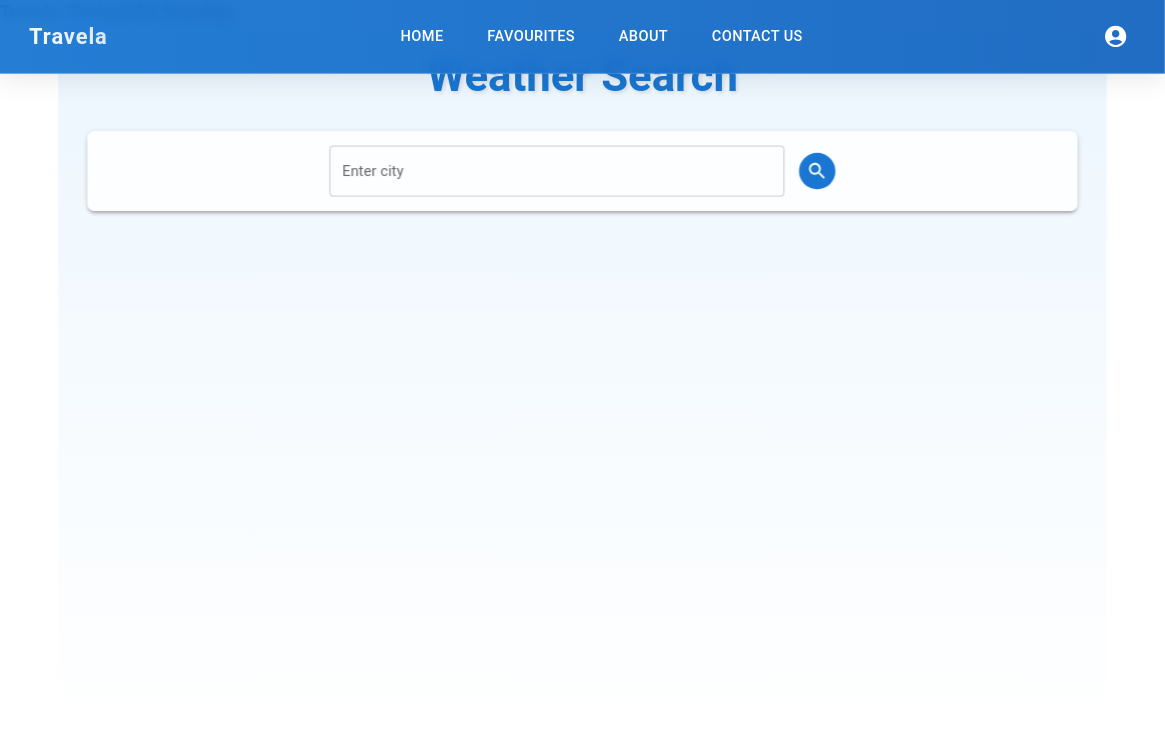
Repository: sphllzulu/TemperatureTrail
Page: / (app in frontend/)
The author's editor kept a copy of each file at every save. The page is drawn from the files as they stood at one save, then again after a run of saves.
The browser window is 1280 px wide. The pictures show the whole page, at 91% of full size.
The project was rebuilt for these pictures with package versions that can differ from the ones it lists, and the page was loaded fresh each time. Also part of the build but not shown: frontend/vite.config.js, frontend/src/components/SuggestedActivities.jsx, frontend/src/components/Map.jsx, frontend/src/pages/Profile.jsx, frontend/src/components/Login.jsx, frontend/src/components/Register.jsx.

Above is the page before, as saved 2025-01-15 16:20:01.

### frontend/src/index.css
@import url('https://fonts.googleapis.com/css2?family=Outfit:wght@100..900&display=swap');
*{
  margin: 0;
  padding: 0;
  font-family: Outfit;
}

### frontend/src/App.jsx
import { BrowserRouter as Router, Routes, Route } from 'react-router-dom';
import Navbar from './components/Navbar'
import Home from './pages/Home'
import ProfilePage from './pages/Profile';
import Login from './components/Login';
import Register from './components/Register';

const App = () => {
  return (
    <Router>
      <Navbar />
      <Routes>
        <Route path="/" element={<Home />} />
        <Route path="/profile" element={<ProfilePage />} />
        <Route path="/login" element={<Login />} />
        <Route path="/register" element={<Register />} />
      </Routes>
    </Router>
  );
};

export default App;

### frontend/src/components/Navbar.jsx
import React, { useState } from 'react';
import { Link as RouterLink } from 'react-router-dom';
import {
  AppBar,
  Toolbar,
  Typography,
  Button,
  Box,
  Stack,
  IconButton,
  useTheme,
  Menu,
  MenuItem,
  alpha,
  useScrollTrigger,
  Slide,
} from '@mui/material';
import AccountCircleIcon from '@mui/icons-material/AccountCircle';

function HideOnScroll(props) {
  const { children } = props;
  const trigger = useScrollTrigger();

  return (
    <Slide appear={false} direction="down" in={!trigger}>
      {children}
    </Slide>
  );
}

function Navbar() {
  const theme = useTheme();
  const [anchorEl, setAnchorEl] = useState(null);
  const open = Boolean(anchorEl);

  const handleProfileClick = (event) => {
    setAnchorEl(event.currentTarget);
  };

  const handleClose = () => {
    setAnchorEl(null);
  };

  const navItems = [
    { text: 'Home', path: '/' },
    { text: 'Favourites', path: '/favourites' },
    { text: 'About', path: '/about' },
    { text: 'Contact Us', path: '/contact' }
  ];

  const profileMenuItems = [
    { text: 'Login/Sign up', path: '/login' },
    { text: 'History', path: '/history' }
  ];

  return (
    <HideOnScroll>
      <AppBar
        position="fixed"
        sx={{
          background: `linear-gradient(to right, ${alpha(theme.palette.primary.main, 0.95)}, ${alpha(
            theme.palette.primary.dark,
            0.95
          )})`,
          backdropFilter: 'blur(8px)',
          boxShadow: `0 4px 30px ${alpha(theme.palette.common.black, 0.1)}`,
          borderBottom: `1px solid ${alpha(theme.palette.common.white, 0.1)}`,
        }}
      >
        <Toolbar
          sx={{
            justifyContent: 'space-between',
            py: 1,
            px: { xs: 2, sm: 4 },
          }}
        >
          {/* Logo */}
          <Typography
            variant="h5"
            component={RouterLink}
            to="/"
            sx={{
              fontWeight: 700,
              letterSpacing: 1,
              background: `linear-gradient(45deg, ${theme.palette.common.white}, ${alpha(
                theme.palette.common.white,
                0.8
              )})`,
              backgroundClip: 'text',
              WebkitBackgroundClip: 'text',
              color: 'transparent',
              textDecoration: 'none',
              transition: 'transform 0.2s ease-in-out',
              '&:hover': {
                transform: 'scale(1.05)',
              },
            }}
          >
            Travela
          </Typography>

          {/* Navigation Links */}
          <Stack
            direction="row"
            spacing={{ xs: 1, sm: 2 }}
            sx={{
              flexGrow: 1,
              justifyContent: 'center',
              mx: { xs: 2, sm: 4 },
            }}
          >
            {navItems.map((item) => (
              <Button
                key={item.path}
                component={RouterLink}
                to={item.path}
                sx={{
                  color: 'white',
                  px: { xs: 1.5, sm: 2 },
                  py: 1,
                  fontSize: { xs: '0.875rem', sm: '1rem' },
                  transition: 'all 0.2s ease-in-out',
                  position: 'relative',
                  '&::after': {
                    content: '""',
                    position: 'absolute',
                    bottom: 0,
                    left: '50%',
                    width: 0,
                    height: 2,
                    backgroundColor: 'white',
                    transition: 'all 0.3s ease-in-out',
                    transform: 'translateX(-50%)',
                  },
                  '&:hover': {
                    backgroundColor: 'transparent',
                    transform: 'translateY(-2px)',
                    '&::after': {
                      width: '80%',
                    },
                  },
                  '&.active': {
                    '&::after': {
                      width: '80%',
                    },
                  },
                }}
              >
                {item.text}
              </Button>
            ))}
          </Stack>

          {/* Profile */}
          <Box>
            <IconButton
              onClick={handleProfileClick}
              sx={{
                color: 'white',
                transition: 'all 0.2s ease-in-out',
                '&:hover': {
                  transform: 'scale(1.1)',
                  backgroundColor: alpha(theme.palette.common.white, 0.1),
                },
              }}
            >
              <AccountCircleIcon sx={{ fontSize: 28 }} />
            </IconButton>
            <Menu
              id="profile-menu"
              anchorEl={anchorEl}
              open={open}
              onClose={handleClose}
              MenuListProps={{
                'aria-labelledby': 'profile-button',
              }}
              anchorOrigin={{
                vertical: 'bottom',
                horizontal: 'right',
              }}
              transformOrigin={{
                vertical: 'top',
                horizontal: 'right',
              }}
              sx={{
                '& .MuiPaper-root': {
                  mt: 1,
                  minWidth: 180,
                  backgroundImage: `linear-gradient(to bottom right, ${alpha(
                    theme.palette.primary.main,
                    0.95
                  )}, ${alpha(theme.palette.primary.dark, 0.95)})`,
                  backdropFilter: 'blur(8px)',
                  border: `1px solid ${alpha(theme.palette.common.white, 0.1)}`,
                },
              }}
            >
              {profileMenuItems.map((item) => (
                <MenuItem
                  key={item.path}
                  component={RouterLink}
                  to={item.path}
                  onClick={handleClose}
                  sx={{
                    color: 'white',
                    transition: 'all 0.2s ease-in-out',
                    '&:hover': {
                      backgroundColor: alpha(theme.palette.common.white, 0.1),
                      transform: 'translateX(4px)',
                    },
                  }}
                >
                  {item.text}
                </MenuItem>
              ))}
            </Menu>
          </Box>
        </Toolbar>
      </AppBar>
    </HideOnScroll>
  );
}

export default Navbar;

### frontend/src/pages/Home.jsx
// import { Box, Typography, Container } from '@mui/material';
// import Weather from '../components/Weather';

// const Home = () => {
//   return (
//     <Container>
//       <Box sx={{ textAlign: 'center', marginTop: 4 }}>
//         <Typography variant="h2" gutterBottom>
//           Weather-Based Travel Planner
//         </Typography>
//         <Typography variant="h5" gutterBottom>
//           Plan your trips based on real-time weather conditions
//         </Typography>
//       </Box>
//       <Weather />
//     </Container>
//   );
// };

// export default Home;


import { useState } from 'react';
// import './Home.css';
import Weather from '../components/Weather';

const Home = () => {
  const [weatherData, setWeatherData] = useState(null);

  const handleSearch = async (city) => {
    try {
      const response = await fetch(`/api/weather?city=${encodeURIComponent(city)}`);
      const data = await response.json();
      setWeatherData(data);
    } catch (error) {
      console.error('Error fetching weather:', error);
    }
  };

  return (
    <div className="app-container">
      <div className="hero-section">


        <h3 className="hero-heading">
          Travels, The best for traveling
        </h3>

        <div className="weather-container">
          <Weather weatherData={weatherData} />
        </div>
      </div>
    </div>
  );
};

export default Home;

Loaded but not shown: frontend/index.html (common file); frontend/src/main.jsx (common file); frontend/src/components/Weather.jsx (624 lines, source omitted)

After the next 2 saves:
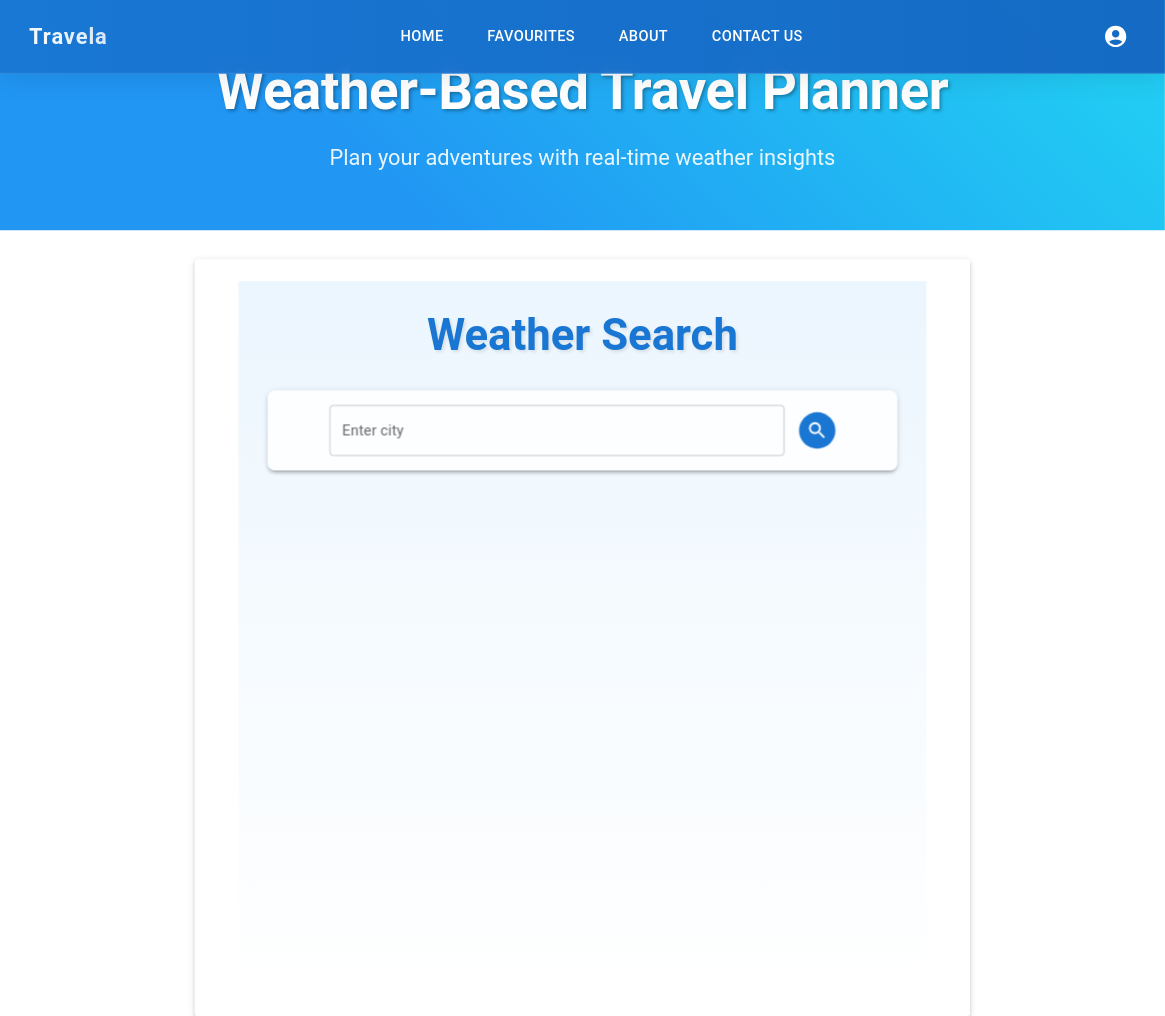
The 2 saves are shown as one change because they came seconds apart.
The last was saved 106 s later.
--- a/frontend/src/pages/Home.jsx
+++ b/frontend/src/pages/Home.jsx
@@ -1,56 +1,107 @@
-// import { Box, Typography, Container } from '@mui/material';
-// import Weather from '../components/Weather';
+import React, { useState } from 'react';
+import {
+  Box,
+  Container,
+  Typography,
+  Paper,
+  CircularProgress,
+  Alert
+} from '@mui/material';
+import { styled } from '@mui/material/styles';
+import Weather from '../components/Weather';
 
-// const Home = () => {
-//   return (
-//     <Container>
-//       <Box sx={{ textAlign: 'center', marginTop: 4 }}>
-//         <Typography variant="h2" gutterBottom>
-//           Weather-Based Travel Planner
-//         </Typography>
-//         <Typography variant="h5" gutterBottom>
-//           Plan your trips based on real-time weather conditions
-//         </Typography>
-//       </Box>
-//       <Weather />
-//     </Container>
-//   );
-// };
+// Styled components
+const StyledHeroSection = styled(Paper)(({ theme }) => ({
+  padding: theme.spacing(8, 0, 6),
+  background: 'linear-gradient(45deg, #2196F3 30%, #21CBF3 90%)',
+  color: 'white',
+  marginBottom: theme.spacing(4),
+  borderRadius: 0
+}));
 
-// export default Home;
-
-
-import { useState } from 'react';
-// import './Home.css';
-import Weather from '../components/Weather';
+const StyledWeatherContainer = styled(Box)(({ theme }) => ({
+  marginTop: theme.spacing(4),
+  padding: theme.spacing(3),
+  backgroundColor: 'rgba(255, 255, 255, 0.9)',
+  borderRadius: theme.shape.borderRadius,
+  boxShadow: theme.shadows[3]
+}));
 
 const Home = () => {
   const [weatherData, setWeatherData] = useState(null);
+  const [loading, setLoading] = useState(false);
+  const [error, setError] = useState(null);
 
   const handleSearch = async (city) => {
     try {
+      setLoading(true);
+      setError(null);
       const response = await fetch(`/api/weather?city=${encodeURIComponent(city)}`);
+
+      if (!response.ok) {
+        throw new Error('Failed to fetch weather data');
+      }
+
       const data = await response.json();
       setWeatherData(data);
     } catch (error) {
       console.error('Error fetching weather:', error);
+      setError('Failed to fetch weather data. Please try again.');
+    } finally {
+      setLoading(false);
     }
   };
 
   return (
-    <div className="app-container">
-      <div className="hero-section">
+    <Box sx={{ flexGrow: 1 }}>
+      <StyledHeroSection elevation={0}>
+        <Container maxWidth="lg">
+          <Typography
+            component="h1"
+            variant="h2"
+            align="center"
+            color="inherit"
+            gutterBottom
+            sx={{
+              fontWeight: 'bold',
+              textShadow: '2px 2px 4px rgba(0,0,0,0.3)'
+            }}
+          >
+            Weather-Based Travel Planner
+          </Typography>
+          <Typography
+            variant="h5"
+            align="center"
+            color="inherit"
+            paragraph
+            sx={{ opacity: 0.9 }}
+          >
+            Plan your adventures with real-time weather insights
+          </Typography>
+        </Container>
+      </StyledHeroSection>
 
+      <Container maxWidth="md">
+        <StyledWeatherContainer>
+          {error && (
+            <Alert severity="error" sx={{ mb: 2 }}>
+              {error}
+            </Alert>
+          )}
 
-        <h3 className="hero-heading">
-          Travels, The best for traveling
-        </h3>
-
-        <div className="weather-container">
-          <Weather weatherData={weatherData} />
-        </div>
-      </div>
-    </div>
+          {loading ? (
+            <Box display="flex" justifyContent="center" p={4}>
+              <CircularProgress />
+            </Box>
+          ) : (
+            <Weather
+              weatherData={weatherData}
+              onSearch={handleSearch}
+            />
+          )}
+        </StyledWeatherContainer>
+      </Container>
+    </Box>
   );
 };
 
